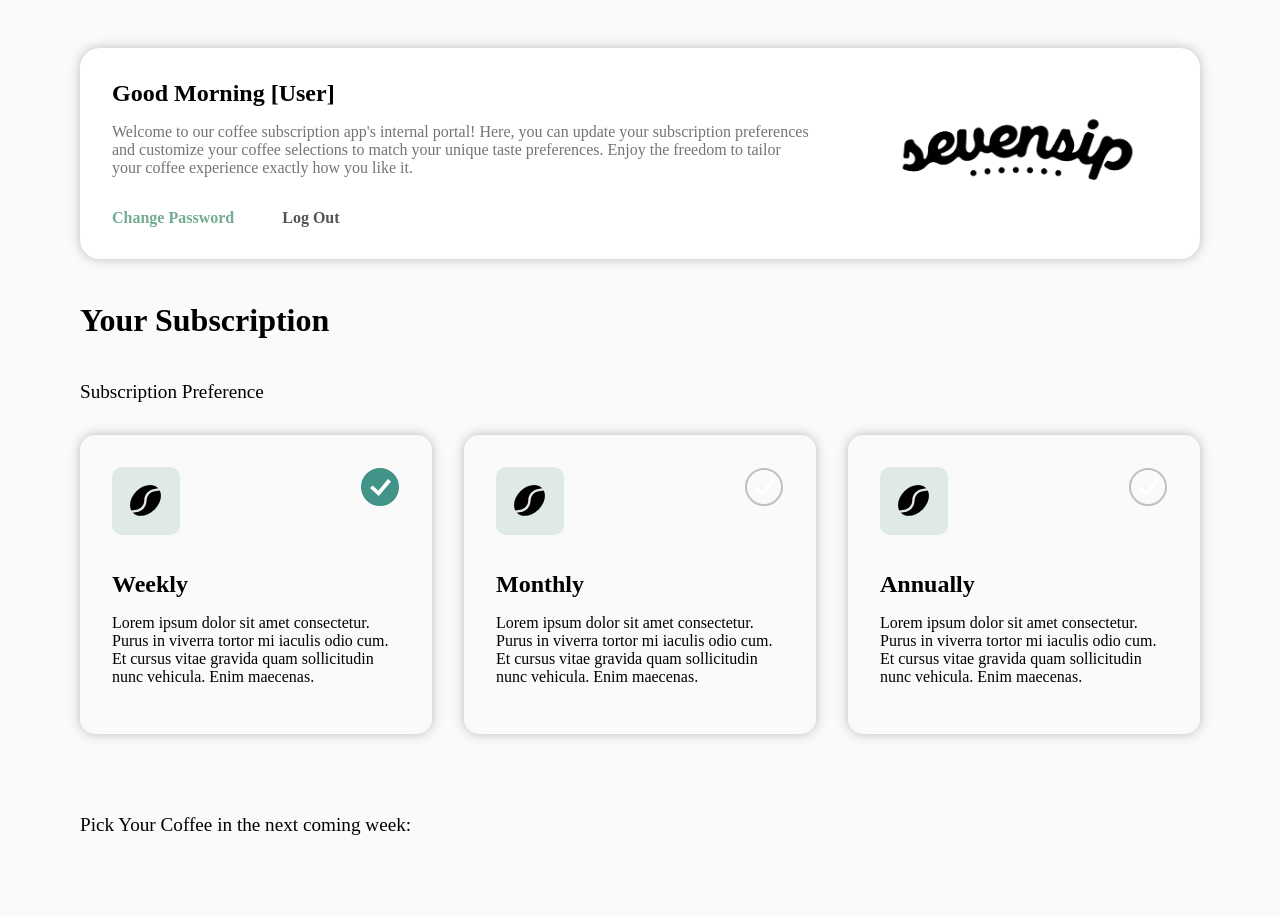
Repository: Haydenleung/COMP-4170-Final-Project
Page: http://localhost/main
An editor plug-in stored every save of this project. The page is shown before and after the next save, followed by the edit.
The browser window is 1280 px wide. The pictures show the whole page.
The page is served by the project's Node server (app.js).

Above is the page before, as saved 2024-03-22 18:19:44.

### views/main.ejs
<%- include('partials/header') %>


    <div class="main-container">
        <div class="main-subcontainer">
            <div class="main-welcome">
                <div class="main-greeting">
                    <h3>Good Morning [User]</h3>
                    <p>Welcome to our coffee subscription app's internal portal! Here, you can update your subscription
                        preferences and customize your coffee selections to match your unique taste preferences. Enjoy
                        the freedom to tailor your coffee experience exactly how you like it.</p>
                </div>
                <div class="main-feature">
                    <a href="/edit" class="mainbtn chnpassword">Change Password</a>
                    <a href="/" class="mainbtn logout">Log Out</a>
                </div>
            </div>
            <div class="main-logo-container">
                <img class="main-logo" src="/images/logo.png" alt="company logo" />
            </div>
        </div>
        <div class="main-content">
            <h4>Your Subscription</h4>
            <div class="subscribe-section">
                <h5>Subscription Preference</h5>
                <div class="subscribe-container">
                    <div class="sub-option selected">
                        <div class="tick">
                            <svg viewBox="0 0 100 100" xmlns="http://www.w3.org/2000/svg">
                                <circle cx="50" cy="50" r="45" fill="#429488" stroke="#429488" stroke-width="5" />
                            </svg>
                            <img class="sub-tick" src="/images/tick.svg" alt="icon" />
                        </div>
                        <img class="sub-icon" src="/images/week.svg" alt="icon" />
                        <div class="sub-title">Weekly</div>
                        <p class="sub-body">Lorem ipsum dolor sit amet consectetur. Purus in viverra tortor mi iaculis
                            odio cum. Et
                            cursus vitae gravida quam sollicitudin nunc vehicula. Enim maecenas.</p>
                    </div>
                    <div class="sub-option">
                        <div class="tick">
                            <svg viewBox="0 0 100 100" xmlns="http://www.w3.org/2000/svg">
                                <circle cx="50" cy="50" r="45" fill="none" stroke="#C0C0C0" stroke-width="5" />
                            </svg>
                            <img class="sub-tick" src="/images/tick.svg" alt="icon" />
                        </div>
                        <img class="sub-icon" src="/images/week.svg" alt="icon" />
                        <div class="sub-title">Monthly</div>
                        <p class="sub-body">Lorem ipsum dolor sit amet consectetur. Purus in viverra tortor mi iaculis
                            odio cum. Et
                            cursus vitae gravida quam sollicitudin nunc vehicula. Enim maecenas.</p>
                    </div>
                    <div class="sub-option">
                        <div class="tick">
                            <svg viewBox="0 0 100 100" xmlns="http://www.w3.org/2000/svg">
                                <circle cx="50" cy="50" r="45" fill="none" stroke="#C0C0C0" stroke-width="5" />
                            </svg>
                            <img class="sub-tick" src="/images/tick.svg" alt="icon" />
                        </div>
                        <img class="sub-icon" src="/images/week.svg" alt="icon" />
                        <div class="sub-title">Annually</div>
                        <p class="sub-body">Lorem ipsum dolor sit amet consectetur. Purus in viverra tortor mi iaculis
                            odio cum. Et
                            cursus vitae gravida quam sollicitudin nunc vehicula. Enim maecenas.</p>
                    </div>

                </div>
            </div>
            <div class="coffee-section">
                <h5>Pick Your Coffee in the next coming week:</h5>
                <div></div>
            </div>
        </div>
    </div>

    <%- include('partials/footer') %>

### views/partials/header.ejs
<!DOCTYPE html>
<html lang="en">

<head>
    <meta charset="UTF-8" />
    <meta http-equiv="X-UA-Compatible" content="IE=edge" />
    <meta name="viewport" content="width=device-width, initial-scale=1.0" />
    <link rel="stylesheet" href="styles/main.css" />
    <title>Subscriber Portal</title>
</head>

<body>
    <main>

### app.js
import express from "express";
import pg from "pg";

const app = express();
const port = 3000;

app.set('view engine', 'ejs');

app.use(express.urlencoded({ extended: true }));
app.use(express.static("public"));

app.get("/", (req, res) => {
    res.render("index.ejs");
});

app.get("/register", (req, res) => {
    res.render("register.ejs");
});

app.get("/main", (req, res) => {
    res.render("main.ejs");
});

app.listen(port, () => {
    console.log(`Server running on port ${port}`);
});

### public/styles/main.css
* {
    box-sizing: border-box;
    font-family: "Montserrat";
}

html {
    background-color: #FAFAFA;
    height: 100vh;
    padding: 0;
    margin: 0;
}

body {
    display: flex;
    flex-direction: column;
    padding: 0;
    margin: 0;
    height: 100%;
}

main {
    display: flex;
    flex-grow: 1;
}

.home {
    display: flex;
    flex-direction: row;
    height: 100%;
    width: 100%;
}

.photo {
    object-fit: cover;
    width: 100%;
    height: 100%;
    border-radius: 0 20px 20px 0;
}

.home-photo {
    height: 100%;
    flex-grow: 1;
    overflow: hidden;
}

.home-login {
    min-width: 40rem;
    display: flex;
    flex-direction: column;
    justify-content: center;
    align-items: center;
}

.login-container {
    width: 100%;
    height: 100%;
    display: flex;
    flex-direction: column;
    justify-content: center;
    align-items: center;
    padding: 1rem 8rem;
}

.logo {
    width: 10rem;
    margin-bottom: 4rem;
}

.form-container {
    display: flex;
    flex-direction: column;
    align-items: center;
    /* background-color: grey; */
    width: 100%;
    margin-bottom: 1.5rem;
}

h3 {
    font-size: 1.5em;
}

.form-title {
    text-align: center;
    margin-bottom: 3rem;
}

.form-main {
    width: 100%;
    display: flex;
    flex-direction: column;
    align-items: center;
    gap: 1.5rem;
}

.login-form {
    width: 100%;
}

.login-button {
    width: 100%;
    display: flex;
    flex-direction: column;
    gap: 1.5rem;
    margin-top: 2rem;
}

.forminput {
    width: 100%;
    height: 3rem;
    background-color: transparent;
    border: none;
    border-bottom: 1px solid black;
    padding: 1rem;
    font-size: 1em;
}

.forminput:focus {
    outline: none;
}

.submitbtn,
.regbtn {
    width: 100%;
    height: 3rem;
    border-radius: 6px;
    border: none;
    font-size: 1em;
    font-weight: 600;
    color: white;
    cursor: pointer;
    text-decoration: none;
    display: flex;
    justify-content: center;
    align-items: center;
}

.submitbtn {
    background-color: #73AC92;
}

.regbtn {
    background-color: #969696
}

.regisblue {
    background-color: #3EA1DB;
}

/* Main */

.main-container {
    width: 100%;
    display: flex;
    flex-direction: column;
    align-items: center;
    padding: 3rem 5rem;
}

.main-subcontainer {
    width: 100%;
    background-color: white;
    border-radius: 15pt;
    box-shadow: 0 0 12px rgba(0, 0, 0, 0.25);
    display: flex;
    flex-direction: row;
    padding: 2rem;
    justify-content: center;
    align-items: center;
    gap: 5%;
}

.main-welcome {
    flex-grow: 1;
    display: flex;
    flex-direction: column;
    justify-content: center;
    width: 100%;
    height: 100%;
    gap: 1rem;
}


.main-greeting>p {
    color: #747474;
    font-weight: 500;
}

.mainbtn {
    text-decoration: none;
    font-weight: 600;
}

.mainbtn:hover {
    text-decoration: underline;
    text-underline-offset: 8px;
}

.chnpassword {
    color: #73AC92;
}

.logout {
    color: #545454;
}

.main-feature {
    display: flex;
    flex-direction: row;
    gap: 3rem;
}

.main-logo-container {
    padding: 2rem;
    width: 40%;
}

.main-logo {
    width: 100%;
}

.main-content {
    width: 100%;
}

.subscribe-section {
    width: 100%;
    margin-bottom: 5rem;
}

.subscribe-container {
    display: grid;
    grid-template-columns: 1fr 1fr 1fr;
    gap: 2rem;
}

.sub-option {
    min-height: 12rem;
    box-shadow: 0 0 12px rgba(0, 0, 0, 0.25);
    border-radius: 15px;
    padding: 2rem 2rem;
    position: relative;
}

.sub-icon {
    margin-bottom: 2rem;
}

.tick {
    position: absolute;
    right: 2rem;
    top: 2rem;
    width: 2.5rem;
    display: flex;
    justify-content: center;
    align-items: center;
}

.sub-tick {
    position: absolute;
}

.sub-title {
    font-size: 1.5em;
    font-weight: 600;
    margin-bottom: 1rem;
}

h3 {
    margin: 0;
}

h4 {
    font-size: 2em;
}

h5 {
    font-size: 1.2em;
    font-weight: 400;
}

### public/images/tick.svg
<svg width="21" height="17" viewBox="0 0 21 17" fill="none" xmlns="http://www.w3.org/2000/svg">
<path d="M17.9361 0L8.31387 11.7368L2.625 6.47746L0 8.90603L8.74863 17L21 2.42857L17.9361 0Z" fill="white"/>
</svg>

### public/images/week.svg
<svg width="68" height="68" viewBox="0 0 68 68" fill="none" xmlns="http://www.w3.org/2000/svg">
<rect width="68" height="68" rx="10" fill="#73AC92" fill-opacity="0.2"/>
<path d="M24.2499 42.7501C26.4672 42.4209 28.4921 41.3054 29.9554 39.6073C31.4186 37.9092 32.2225 35.7416 32.2203 33.5001C32.2315 30.6863 33.2522 27.9699 35.0969 25.8452C36.9416 23.7204 39.4877 22.3283 42.272 21.9221L46.2649 21.3517C46.157 21.2284 46.0645 21.1051 45.9412 20.9817C40.9153 15.9559 31.2645 17.4667 24.3578 24.3426C18.5149 30.2626 16.5416 38.1251 19.2549 43.4592L24.2499 42.7501Z" fill="black"/>
<path d="M34.6256 33.5C34.6155 36.3133 33.5975 39.0298 31.7562 41.1568C29.9149 43.2838 27.3722 44.6804 24.5894 45.0933L20.7969 45.6329L21.0281 45.895C26.054 50.9208 35.7048 49.4254 42.6115 42.5496C48.4235 36.7529 50.4585 28.875 47.7606 23.6179L42.6115 24.3579C40.4084 24.678 38.3924 25.7754 36.9278 27.4521C35.4632 29.1287 34.6467 31.2739 34.6256 33.5Z" fill="black"/>
</svg>

### public/images/month.svg
<svg width="68" height="68" viewBox="0 0 68 68" fill="none" xmlns="http://www.w3.org/2000/svg">
<rect width="68" height="68" rx="10" fill="#9D73AC" fill-opacity="0.2"/>
<path d="M17 22.3121H51C52.5913 22.3121 54.1174 22.9439 55.2426 24.0683C56.3679 25.1928 57 26.7179 57 28.3082C57 29.8984 56.3679 31.4235 55.2426 32.548C54.1174 33.6725 52.5913 34.3042 51 34.3042H48.496C47.5256 38.076 45.211 41.3642 41.9868 43.5517C38.7625 45.7391 34.8502 46.6753 30.9842 46.1847C27.1182 45.694 23.5643 43.8102 20.9895 40.8868C18.4147 37.9633 16.9962 34.2013 17 30.3069V22.3121ZM49 30.3069H51C51.5304 30.3069 52.0391 30.0963 52.4142 29.7215C52.7893 29.3466 53 28.8383 53 28.3082C53 27.7781 52.7893 27.2697 52.4142 26.8949C52.0391 26.5201 51.5304 26.3095 51 26.3095H49V30.3069Z" fill="black"/>
</svg>

### public/images/annual.svg
<svg width="68" height="68" viewBox="0 0 68 68" fill="none" xmlns="http://www.w3.org/2000/svg">
<rect width="68" height="68" rx="10" fill="#93AC73" fill-opacity="0.2"/>
<path d="M52.3888 30.5244L44.8134 37.1357L47.0827 46.9786C47.2028 47.4932 47.1685 48.0318 46.9842 48.5269C46.7998 49.0221 46.4736 49.452 46.0463 49.7628C45.619 50.0736 45.1096 50.2516 44.5817 50.2744C44.0538 50.2972 43.5309 50.164 43.0783 49.8912L34.4934 44.6842L25.927 49.8912C25.4745 50.164 24.9515 50.2972 24.4236 50.2744C23.8958 50.2516 23.3863 50.0736 22.959 49.7628C22.5317 49.452 22.2055 49.0221 22.0211 48.5269C21.8368 48.0318 21.8026 47.4932 21.9226 46.9786L24.1885 37.1458L16.6115 30.5244C16.2107 30.1788 15.9209 29.7225 15.7784 29.2128C15.636 28.7032 15.6471 28.1628 15.8105 27.6594C15.974 27.156 16.2824 26.7121 16.6971 26.3834C17.1118 26.0546 17.6143 25.8555 18.1417 25.8112L28.1291 24.9462L32.0276 15.6474C32.2312 15.1595 32.5746 14.7427 33.0146 14.4496C33.4546 14.1564 33.9714 14 34.5001 14C35.0288 14 35.5457 14.1564 35.9857 14.4496C36.4256 14.7427 36.769 15.1595 36.9726 15.6474L40.8829 24.9462L50.867 25.8112C51.3944 25.8555 51.8969 26.0546 52.3116 26.3834C52.7263 26.7121 53.0347 27.156 53.1981 27.6594C53.3615 28.1628 53.3727 28.7032 53.2302 29.2128C53.0878 29.7225 52.798 30.1788 52.3972 30.5244H52.3888Z" fill="black"/>
</svg>

Loaded but not shown: views/partials/footer.ejs (common file)

After the next save:
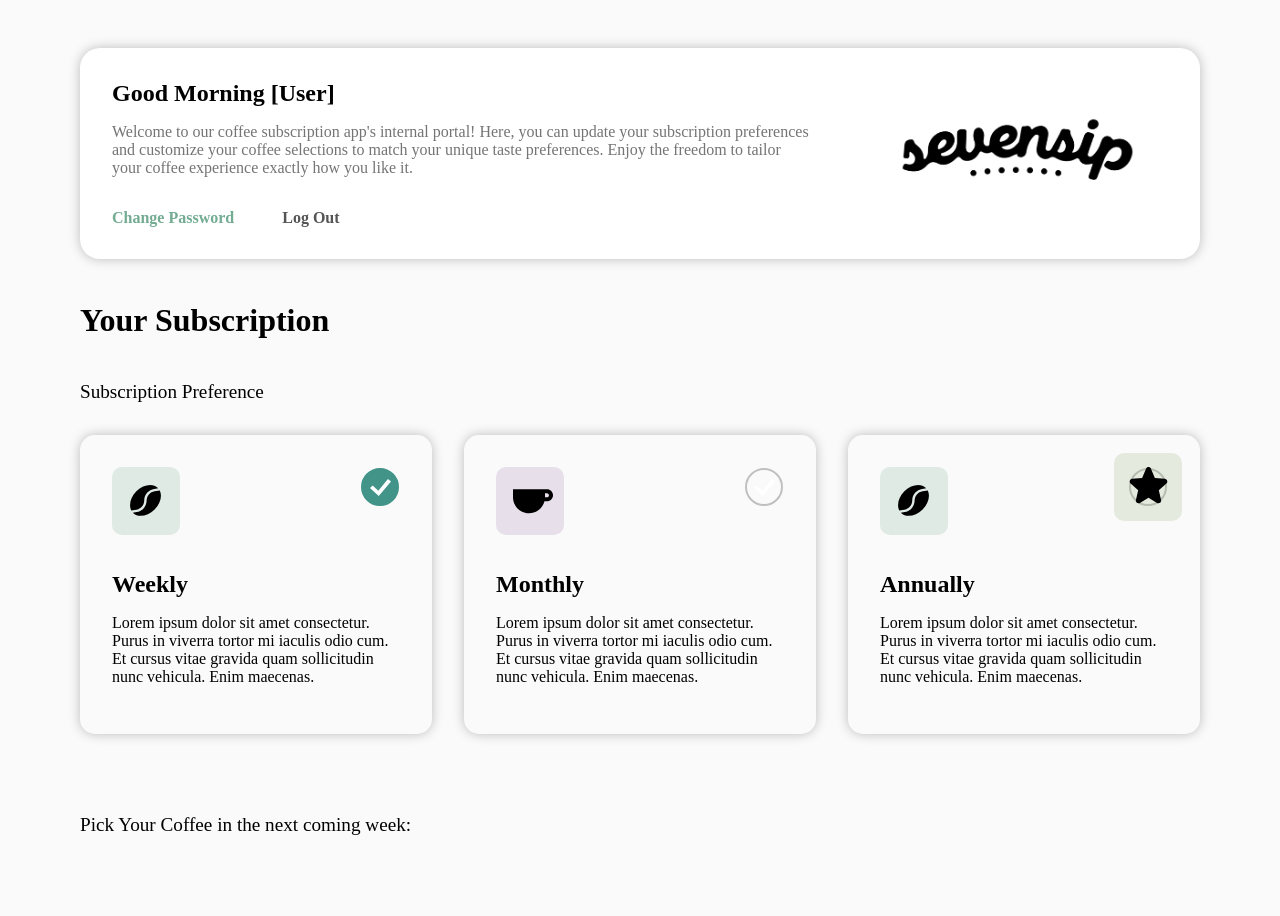
Saved 13 s later.
--- a/views/main.ejs
+++ b/views/main.ejs
@@ -44,7 +44,7 @@
                             </svg>
                             <img class="sub-tick" src="/images/tick.svg" alt="icon" />
                         </div>
-                        <img class="sub-icon" src="/images/week.svg" alt="icon" />
+                        <img class="sub-icon" src="/images/month.svg" alt="icon" />
                         <div class="sub-title">Monthly</div>
                         <p class="sub-body">Lorem ipsum dolor sit amet consectetur. Purus in viverra tortor mi iaculis
                             odio cum. Et
@@ -55,7 +55,7 @@
                             <svg viewBox="0 0 100 100" xmlns="http://www.w3.org/2000/svg">
                                 <circle cx="50" cy="50" r="45" fill="none" stroke="#C0C0C0" stroke-width="5" />
                             </svg>
-                            <img class="sub-tick" src="/images/tick.svg" alt="icon" />
+                            <img class="sub-tick" src="/images/annual.svg" alt="icon" />
                         </div>
                         <img class="sub-icon" src="/images/week.svg" alt="icon" />
                         <div class="sub-title">Annually</div>
